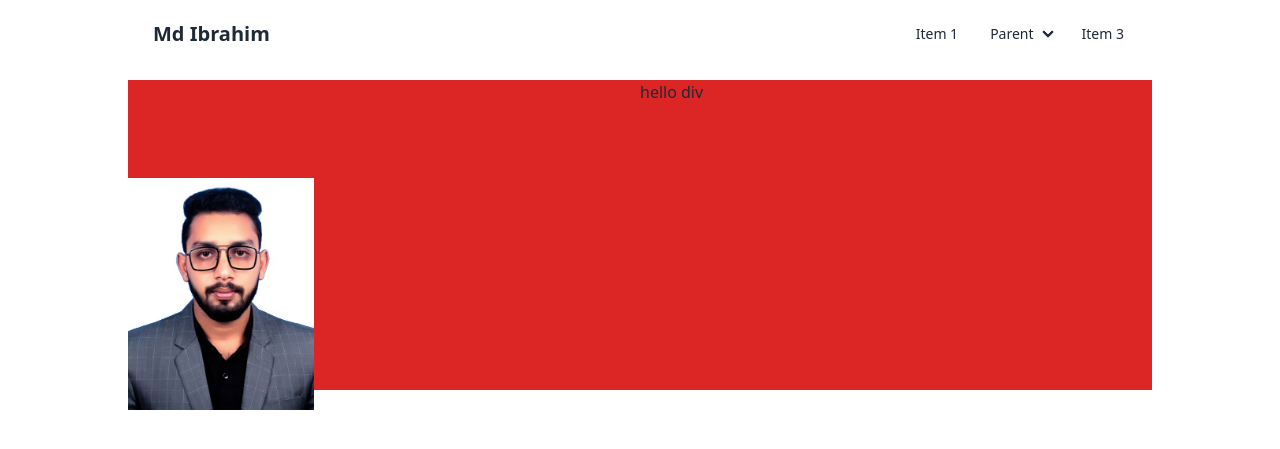
Repository: mdrubel02/portfilo
Page: /
An editor plug-in stored every save of this project. The page is shown before and after the next save, followed by the edit.
The browser window is 1280 px wide. The pictures show the whole page.
The project was rebuilt for these pictures with package versions that can differ from the ones it lists, and the page was loaded fresh each time. Also part of the build but not shown: vite.config.js.

Above is the page before, as saved 2023-06-22 20:35:01.

After the next save:
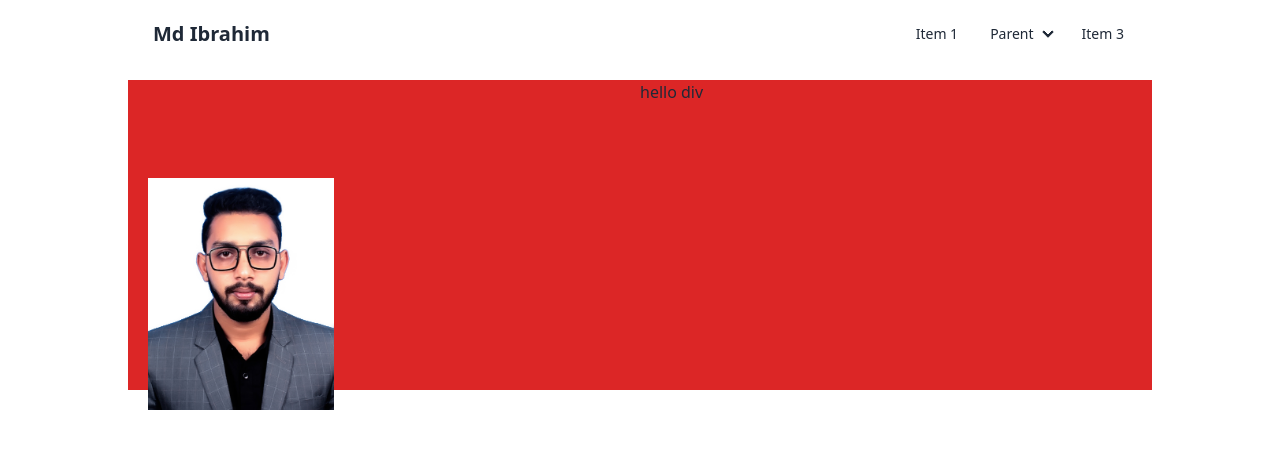
Saved 21 s later.
--- a/src/Pages/Home/Home.jsx
+++ b/src/Pages/Home/Home.jsx
@@ -8,7 +8,7 @@ const Home = () => {
                 <div className='flex'>
                     <div className='flex-1'>
                         <div class=" h-full">
-                            <img className='h-3/4 absolute bottom-[-20px] left-0' src={profile} alt="profile" />
+                            <img className='h-3/4 absolute bottom-[-20px] left-[20px]' src={profile} alt="profile" />
                         </div>
                     </div>
 
